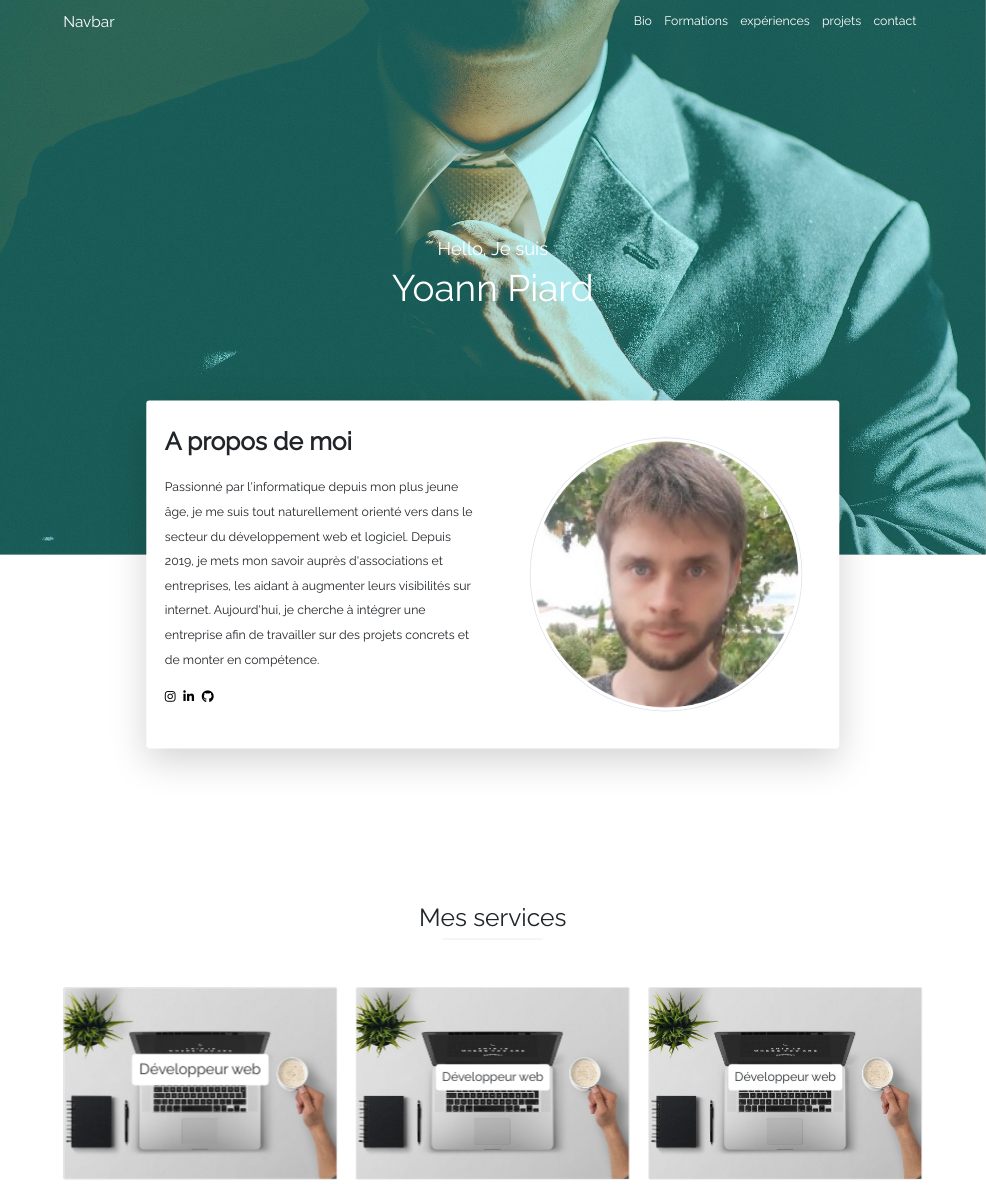
Repository: ypiard85/port-folio-bootstrap-yoann-2021
Page: index.html
An editor plug-in stored every save of this project. The page is shown before and after the next save, followed by the edit.
The browser window is 1280 px wide. The pictures show the whole page, at 77% of full size.
The pointer rests on the first visible `.card__face--front`.

Above is the page before, as saved 2021-03-09 17:27:38.
Console error: TypeError: window.onload is not a function

After the next save:
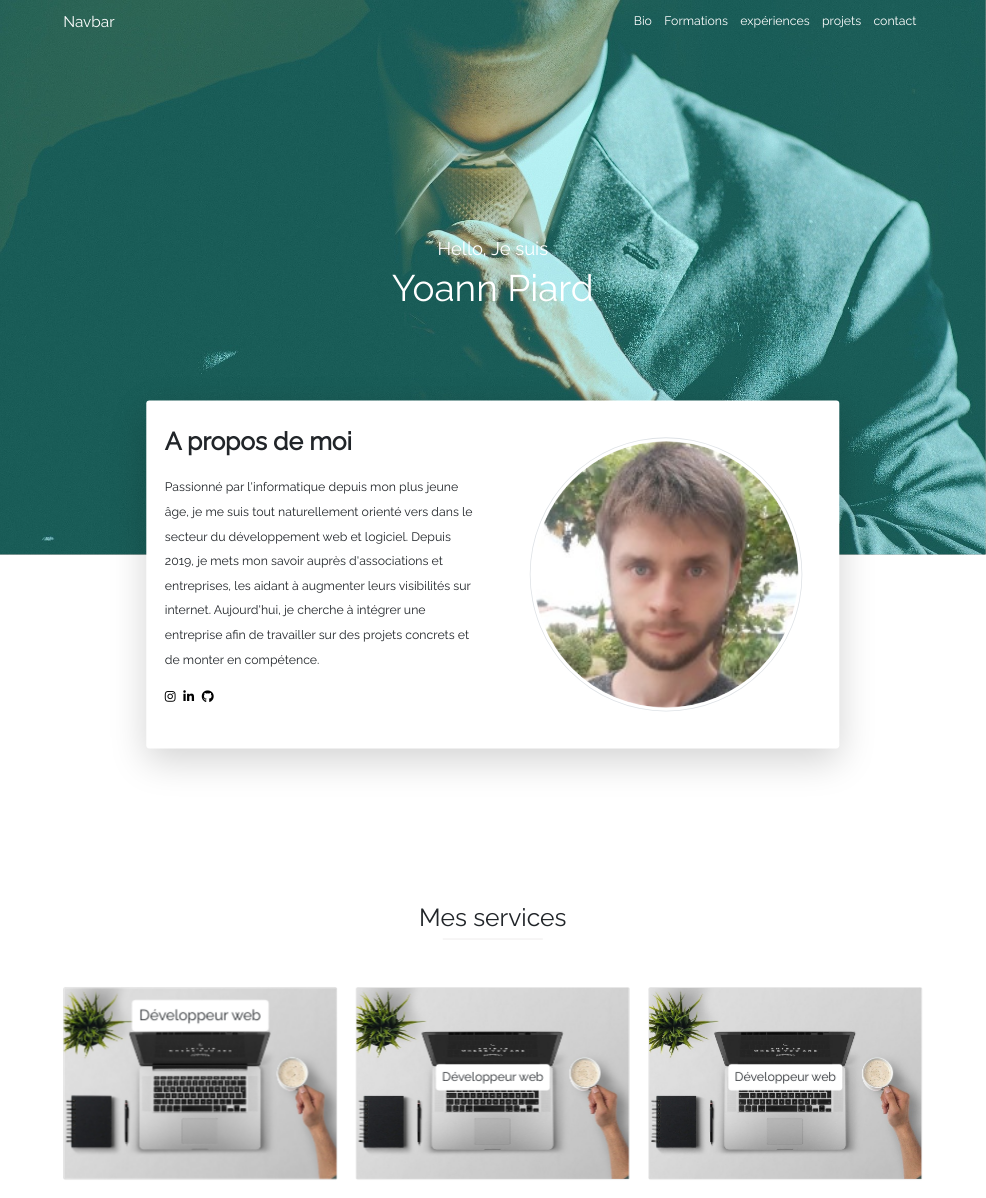
Saved 11 s later.
--- a/resource/style.css
+++ b/resource/style.css
@@ -138,7 +138,7 @@ header h1{
 
 
   .card__face--front:hover .flipped-p{
-    transform: translateY(-10px) scale(1.2);
+    transform: translateY(-80px) scale(1.2);
     box-shadow: 0 0 50px rgba(255, 255, 255, 0.089);
     transition: transform 1s;
     transform-style: preserve-3d;
